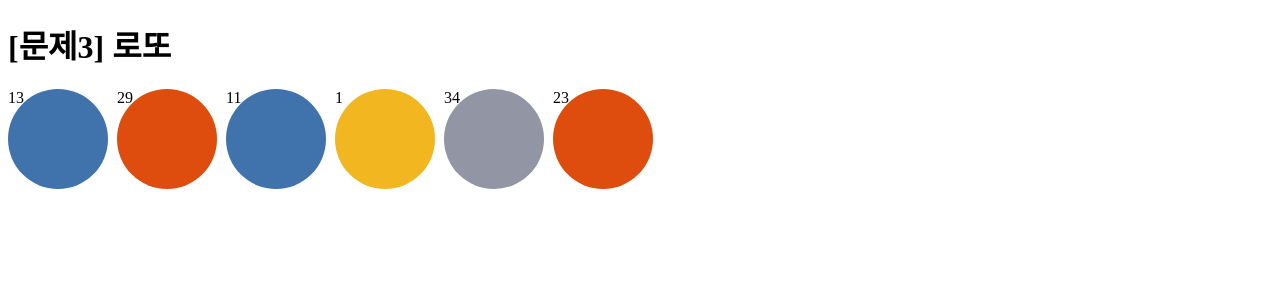
Repository: ssummini/Web
Page: JavaScript/src/main/webapp/practice/practice05-1.html
These files come from the project's save history. The page is drawn as it stood at one moment and after the next save; the edit follows.
The browser window is 1280 px wide. The pictures show the whole page.

Above is the page before, as saved 2024-08-21 09:39:16.

### JavaScript/src/main/webapp/practice/practice05-1.html
<!DOCTYPE html>
<html>
<head>
<meta charset="UTF-8">
<title>Insert title here</title>
<style type="text/css">
.lotto {
	display: inline-block;
    width: 100px;
    height: 100px;
	border-radius: 50%;
	background-color: tomato;
	position: relative;
	margin-right: 5px;
}

.lotto2 {
	position: absolute;
	left: 40px;
	top: 18px;
	text-align: center;
}

</style>
</head>
<body onload = "start()">
	<h1>[문제3] 로또</h1>
	<div class="lotto"><span class="lotto2"></span></div>
	<div class="lotto"><span class="lotto2"></span></div>
	<div class="lotto"><span class="lotto2"></span></div>
	<div class="lotto"><span class="lotto2"></span></div>
	<div class="lotto"><span class="lotto2"></span></div>
	<div class="lotto"><span class="lotto2"></span></div>
<script type="text/javascript">

	function pickNumber() {
		let lottoNumbers = [];
		let number;
		let isSame;

		for (let i = 0; i < 6; i++) {
			do {
				number = parseInt(Math.random() * 45 + 1);
				isSame = false;
				for (let j = 0; j < lottoNumbers.length; j++) {
					if (number == lottoNumbers[j]) {
						isSame = true;
						break;
					}
				}
			} while (isSame);

			lottoNumbers.push(number);
		}
		console.log(lottoNumbers);
		return lottoNumbers;
	}

	function start() {
		let lottoNumbers2 = pickNumber();
		let lottoNumbers3 = document.getElementsByClassName("lotto");

		for (let i = 0; i < lottoNumbers2.length; i++) {
			lottoNumbers3[i].innerText = lottoNumbers2[i];
			let color = parseInt(lottoNumbers2[i] / 10);

			switch(color){
				case 0:
					lottoNumbers3[i].style.backgroundColor = "#F2B720";
					break;
				case 1:
					lottoNumbers3[i].style.backgroundColor = "#4072AC";
					break;
				case 2:
					lottoNumbers3[i].style.backgroundColor = "#DE4C0E";
					break;
				case 3:
					lottoNumbers3[i].style.backgroundColor = "#9195A4";
					break;
				case 4:
					lottoNumbers3[i].style.backgroundColor = "#13BE4B";
					break;
			}
		}
	}
</script>
</body>
</html>

After the next save:
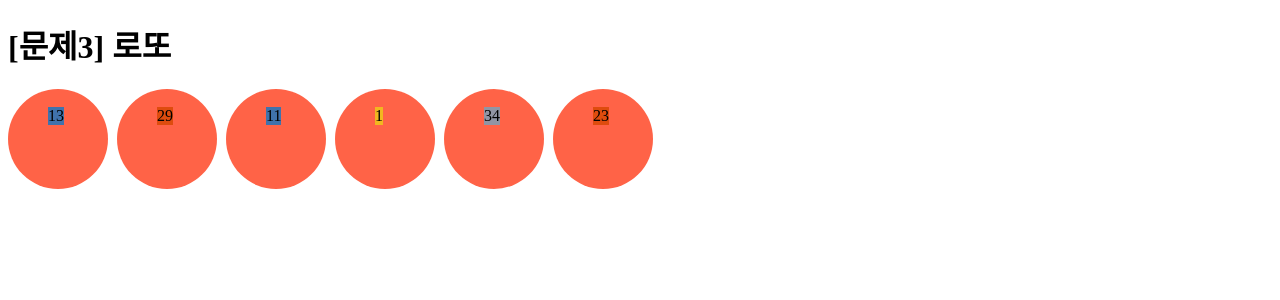
Saved 21 s later.
--- a/JavaScript/src/main/webapp/practice/practice05-1.html
+++ b/JavaScript/src/main/webapp/practice/practice05-1.html
@@ -58,7 +58,7 @@
 
 	function start() {
 		let lottoNumbers2 = pickNumber();
-		let lottoNumbers3 = document.getElementsByClassName("lotto");
+		let lottoNumbers3 = document.getElementsByClassName("lotto2");
 
 		for (let i = 0; i < lottoNumbers2.length; i++) {
 			lottoNumbers3[i].innerText = lottoNumbers2[i];

After the save that followed:
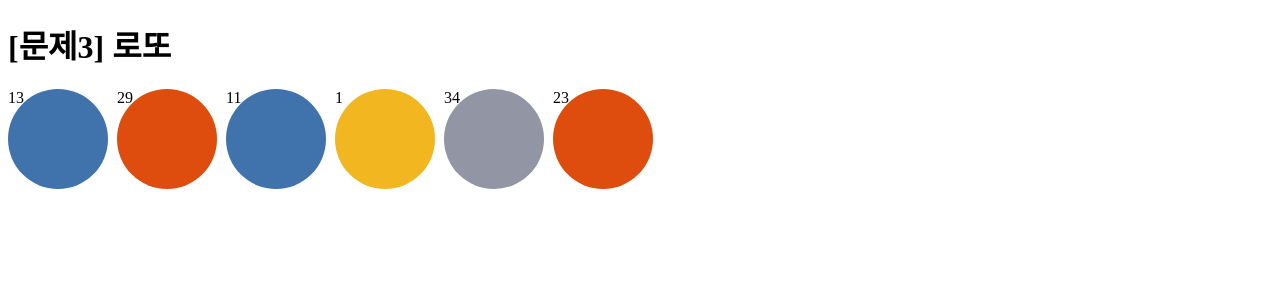
Saved 79 s later.
--- a/JavaScript/src/main/webapp/practice/practice05-1.html
+++ b/JavaScript/src/main/webapp/practice/practice05-1.html
@@ -58,7 +58,7 @@
 
 	function start() {
 		let lottoNumbers2 = pickNumber();
-		let lottoNumbers3 = document.getElementsByClassName("lotto2");
+		let lottoNumbers3 = document.getElementsByClassName("lotto");
 
 		for (let i = 0; i < lottoNumbers2.length; i++) {
 			lottoNumbers3[i].innerText = lottoNumbers2[i];
